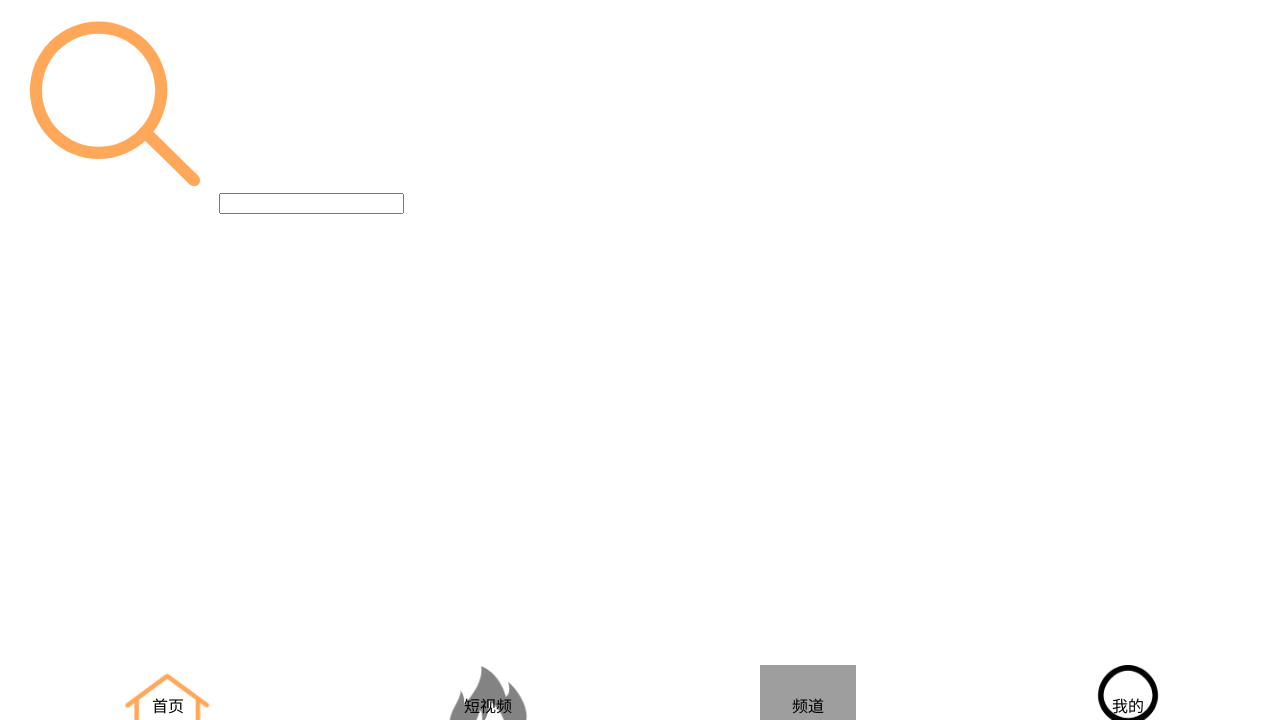
Repository: ITliuxiangyu/H51911Test
Page: video_demo/index.html
The author's editor kept a copy of each file at every save. The page is drawn from the files as they stood at one save, then again after the next save.
The browser window is 1280 px wide. The page is 1288 px wide, so the pictures cover 1288 px, including what lies to the right of the window. The pictures show the whole page.
Pictures or frames that could not be fetched are drawn as grey boxes.

Above is the page before, as saved 2019-12-20 10:29:50.

After the next save:
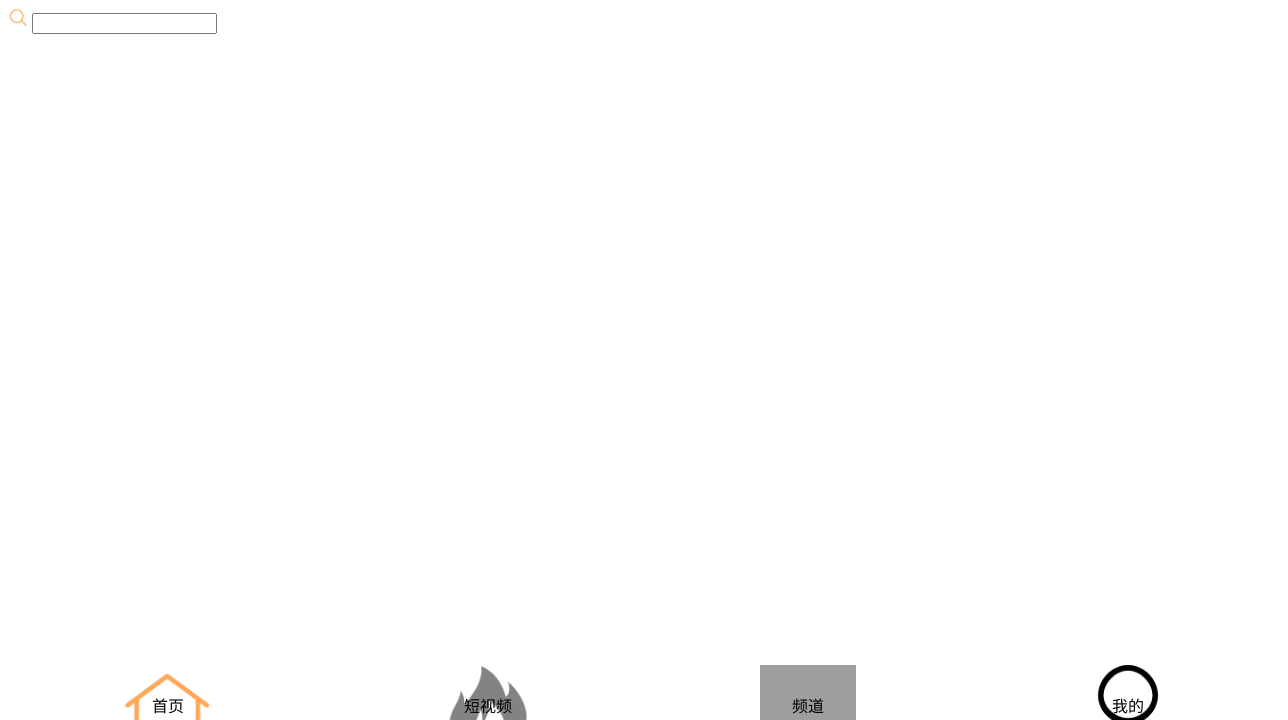
Saved 33 s later.
--- a/video_demo/css/index.css
+++ b/video_demo/css/index.css
@@ -41,7 +41,8 @@
 
 }
 .search_warp .search_img{
-
+    width: 20px;
+    height: 20px;
 }
 .search_warp .search_input{
 
